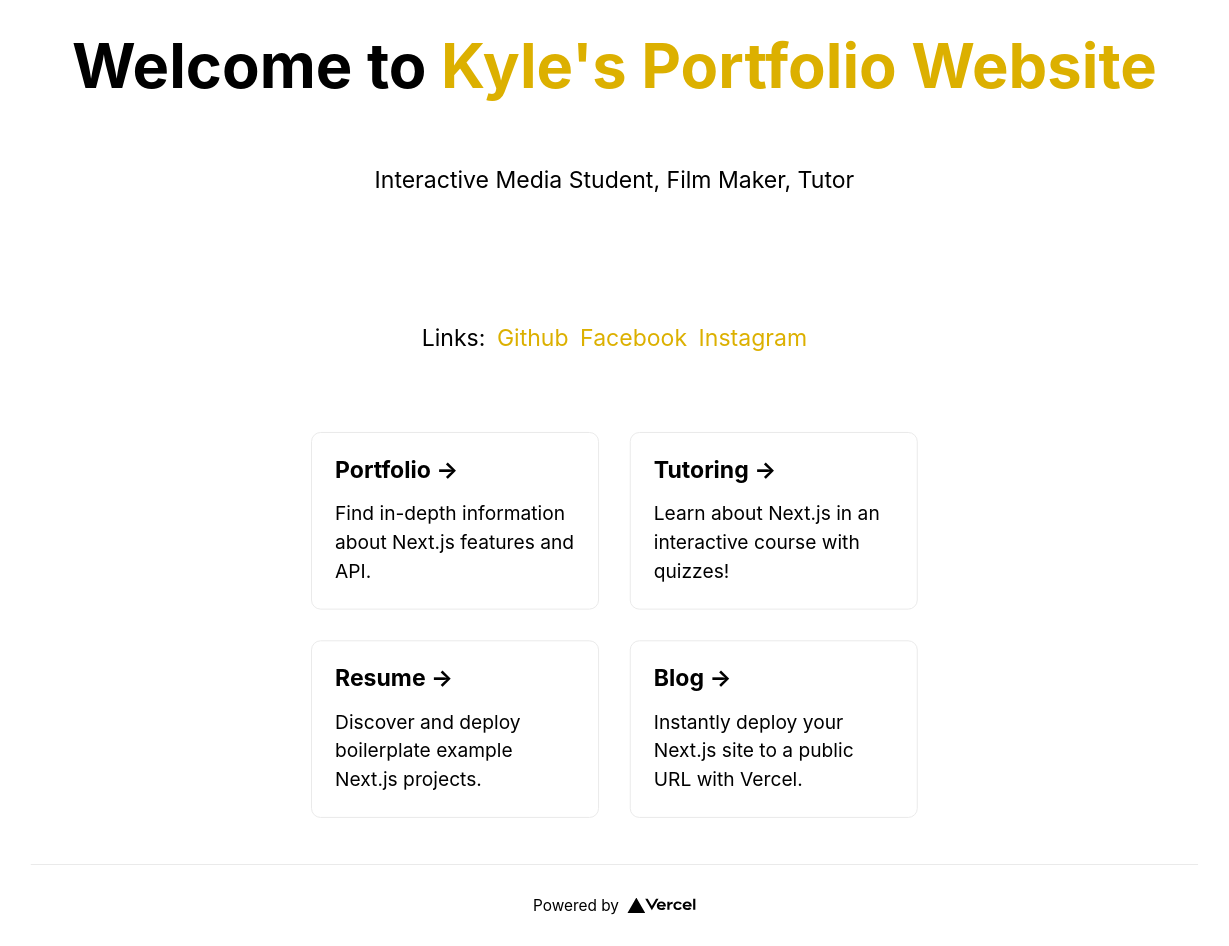
Repository: neomort/CL-portfolio-site
Page: /
An editor plug-in stored every save of this project. The page is shown before and after the next save, followed by the edit.
The browser window is 1280 px wide. The pictures show the whole page, at 96% of full size.
The project was rebuilt for these pictures with package versions that can differ from the ones it lists, and the page was loaded fresh each time. The framework's server and built-in components were replaced by stand-ins that run in the browser. Also part of the build but not shown: next.config.js.

Above is the page before, as saved 2021-12-14 14:28:27.

### pages/_document.js
import Document, { Html, Head, Main, NextScript } from 'next/document'

class MyDocument extends Document {


  render() {
    return (
      <Html>
        <Head>
        <link rel="apple-touch-icon" sizes="180x180" href="/images/favicons/apple-touch-icon.png" />
        <link rel="icon" type="image/png" sizes="32x32" href="/images/favicons//favicon-32x32.png" />
        <link rel="icon" type="image/png" sizes="16x16" href="/images/favicons//favicon-16x16.png" />
        <link rel="manifest" href="/images/favicons//site.webmanifest" />
        <link rel="mask-icon" href="/safari-pinned-tab.svg" color="#5bbad5" />
        <meta name="msapplication-TileColor" content="#da532c" />
        <meta name="theme-color" content="#ffffff"></meta>
        </Head>

        <body>
          <Main />
          <NextScript />
        </body>
      </Html>
    )
  }
}

export default MyDocument

### pages/index.js
import Head from 'next/head'
import Image from 'next/image'
import styles from '../styles/Home.module.css'

export default function Home() {
  return (
    <div className={styles.container}>
      <Head>
        <title>Kyle's Portfolio</title>
        <meta name="description" content="If you are reading this you are really impressive" />

      </Head>

      <main className={styles.main}>
        <h1 className={styles.title}>
          Welcome to <a href="https://kyleadams.com/">Kyle's Portfolio Website</a>
        </h1>

        <p className={styles.description}>
        Interactive Media Student, Film Maker, Tutor
        </p>

        <p className={styles.description}>
          Links:
          <a href="https://github.com/neomort">Github</a>
          <a href="https://github.com/neomort">Facebook</a>
          <a href="https://github.com/neomort">Instagram</a>
          {/* <code className={styles.code}>this is code</code> */}
        </p>

        <div className={styles.grid}>
          <a href="https://nextjs.org/docs" className={styles.card}>
            <h2>Portfolio &rarr;</h2>
            <p>Find in-depth information about Next.js features and API.</p>
          </a>

          <a href="https://nextjs.org/learn" className={styles.card}>
            <h2>Tutoring &rarr;</h2>
            <p>Learn about Next.js in an interactive course with quizzes!</p>
          </a>

          <a
            href="https://github.com/vercel/next.js/tree/master/examples"
            className={styles.card}
          >
            <h2>Resume &rarr;</h2>
            <p>Discover and deploy boilerplate example Next.js projects.</p>
          </a>

          <a
            href="https://vercel.com/new?utm_source=create-next-app&utm_medium=default-template&utm_campaign=create-next-app"
            className={styles.card}
          >
            <h2>Blog &rarr;</h2>
            <p>
              Instantly deploy your Next.js site to a public URL with Vercel.
            </p>
          </a>
        </div>
      </main>

      <footer className={styles.footer}>
        <a
          href="https://vercel.com?utm_source=create-next-app&utm_medium=default-template&utm_campaign=create-next-app"
          target="_blank"
          rel="noopener noreferrer"
        >
          Powered by{' '}
          <span className={styles.logo}>
            <Image src="/vercel.svg" alt="Vercel Logo" width={72} height={16} />
          </span>
        </a>
      </footer>
    </div>
  )
}

### styles/Home.module.css
.container {
  padding: 0 2rem;
}

.main {
  min-height: 100vh;
  padding: 2rem 0;
  flex: .5;
  display: flex;
  flex-direction: column;
  justify-content: center;
  align-items: center;
}

.footer {
  display: flex;
  flex: 1;
  padding: 2rem 0;
  border-top: 1px solid #eaeaea;
  justify-content: center;
  align-items: center;
}

.footer a {
  display: flex;
  justify-content: center;
  align-items: center;
  flex-grow: 1;
}

.title a {
  color: #dcb000;
  text-decoration: none;
}

.title a:hover,
.title a:focus,
.title a:active {
  text-decoration: underline;
}

.title {
  margin: 0;
  line-height: 1.15;
  font-size: 4rem;
}

.title,
.description {
  text-align: center;
}

.description {
  margin: 4rem 0;
  line-height: 1.5;
  font-size: 1.5rem;
}

.description a{
  padding-left: 0.75rem;
  color: #dcb000;
  text-decoration: none;
}

.code {
  background: #fafafa;
  border-radius: 5px;
  padding: 0.75rem;
  font-size: 1.1rem;
  font-family: Menlo, Monaco, Lucida Console, Liberation Mono, DejaVu Sans Mono,
    Bitstream Vera Sans Mono, Courier New, monospace;
}

.grid {
  display: flex;
  align-items: center;
  justify-content: center;
  flex-wrap: wrap;
  max-width: 800px;
}

.card {
  margin: 1rem;
  padding: 1.5rem;
  text-align: left;
  color: inherit;
  text-decoration: none;
  border: 1px solid #eaeaea;
  border-radius: 10px;
  transition: color 0.15s ease, border-color 0.15s ease;
  max-width: 300px;
}

.card:hover,
.card:focus,
.card:active {
  color: #0070f3;
  border-color: #0070f3;
}

.card h2 {
  margin: 0 0 1rem 0;
  font-size: 1.5rem;
}

.card p {
  margin: 0;
  font-size: 1.25rem;
  line-height: 1.5;
}

.logo {
  height: 1em;
  margin-left: 0.5rem;
}

@media (max-width: 600px) {
  .grid {
    width: 100%;
    flex-direction: column;
  }
}

Loaded but not shown: pages/_app.js (common file); styles/globals.css (common file)

After the next save:
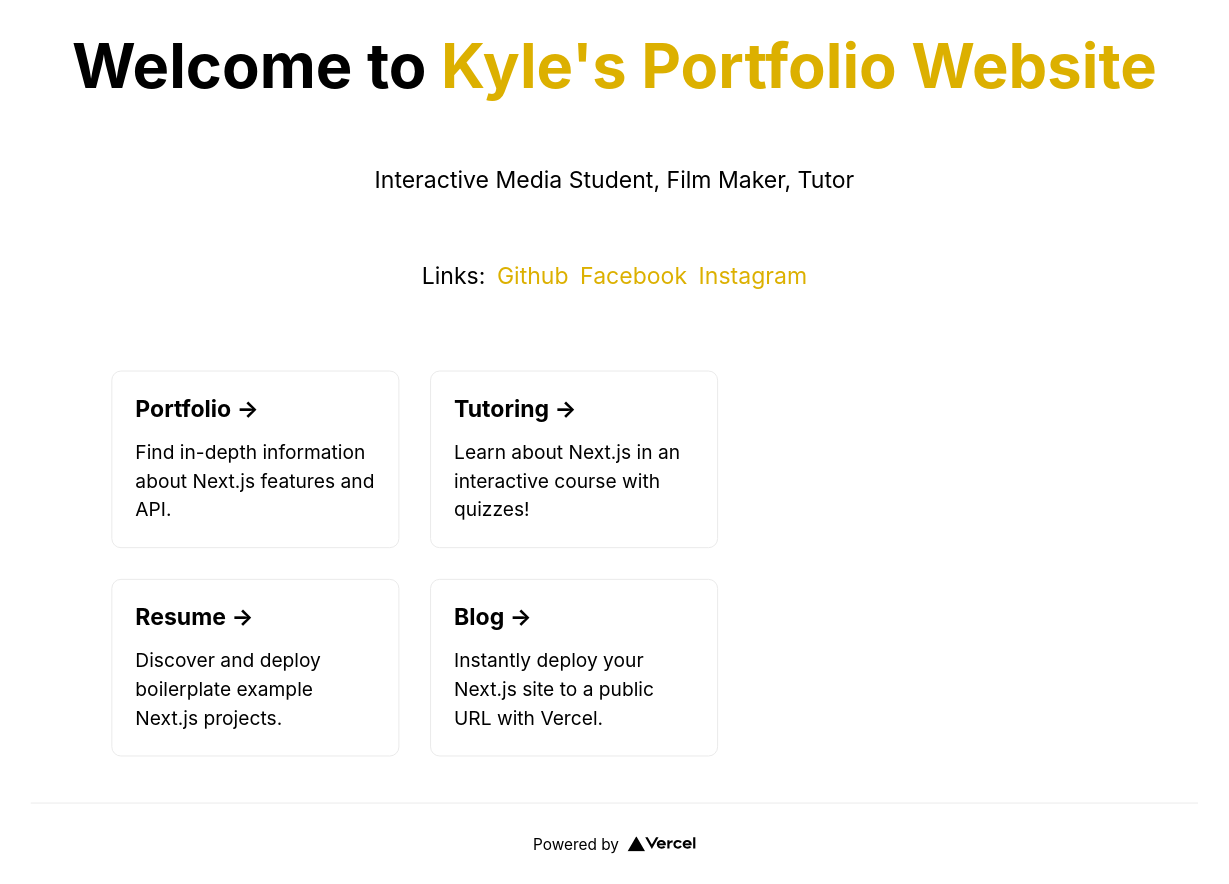
Saved 82 s later.
--- a/styles/Home.module.css
+++ b/styles/Home.module.css
@@ -5,10 +5,10 @@
 .main {
   min-height: 100vh;
   padding: 2rem 0;
-  flex: .5;
-  display: flex;
-  flex-direction: column;
-  justify-content: center;
+  /* flex: .5; */
+  /* display: flex; */
+  /* flex-direction: column;
+  justify-content: center; */
   align-items: center;
 }
 

After the save that followed:
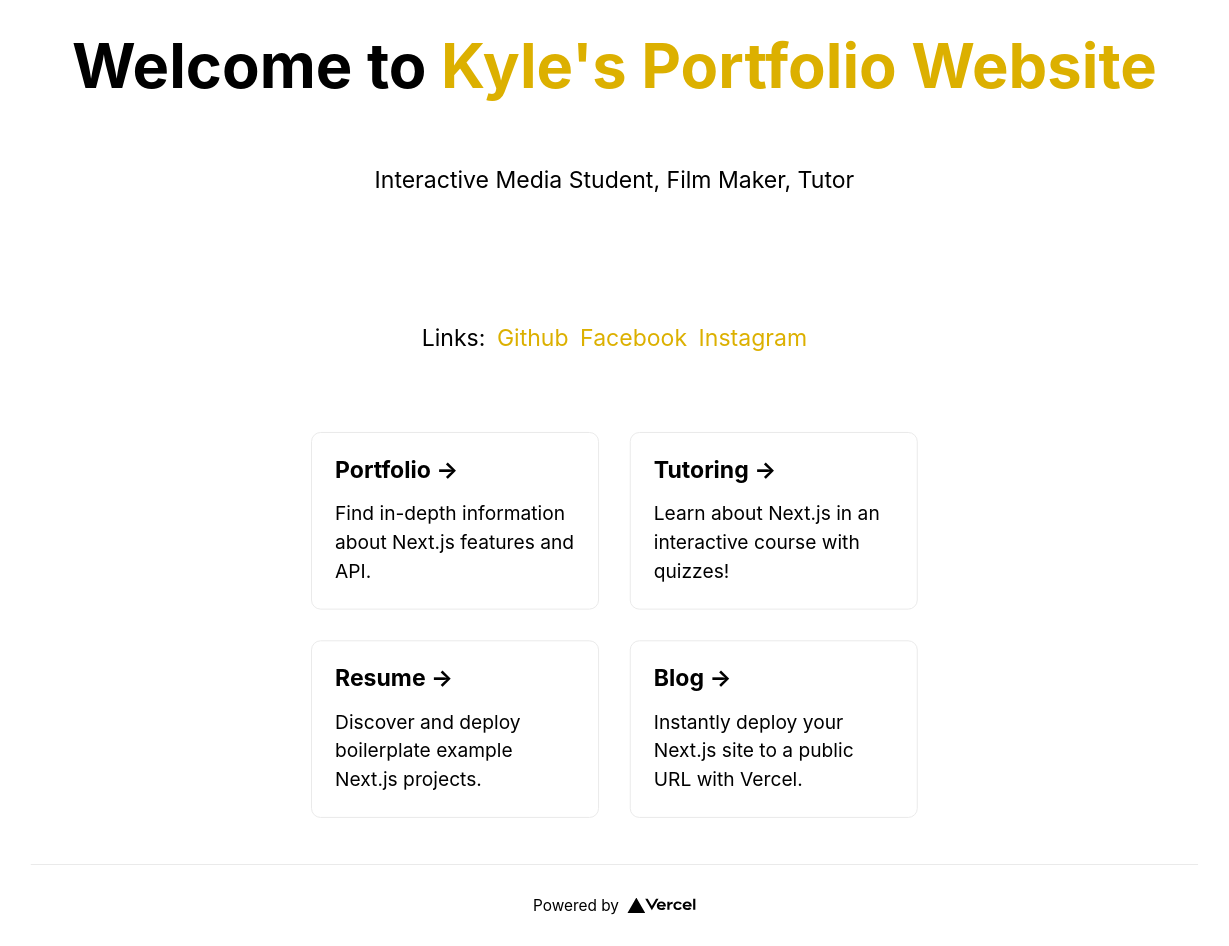
Saved 24 s later.
--- a/styles/Home.module.css
+++ b/styles/Home.module.css
@@ -5,10 +5,10 @@
 .main {
   min-height: 100vh;
   padding: 2rem 0;
-  /* flex: .5; */
-  /* display: flex; */
-  /* flex-direction: column;
-  justify-content: center; */
+  flex: 1;
+  display: flex;
+  flex-direction: column;
+  justify-content: center;
   align-items: center;
 }
 
